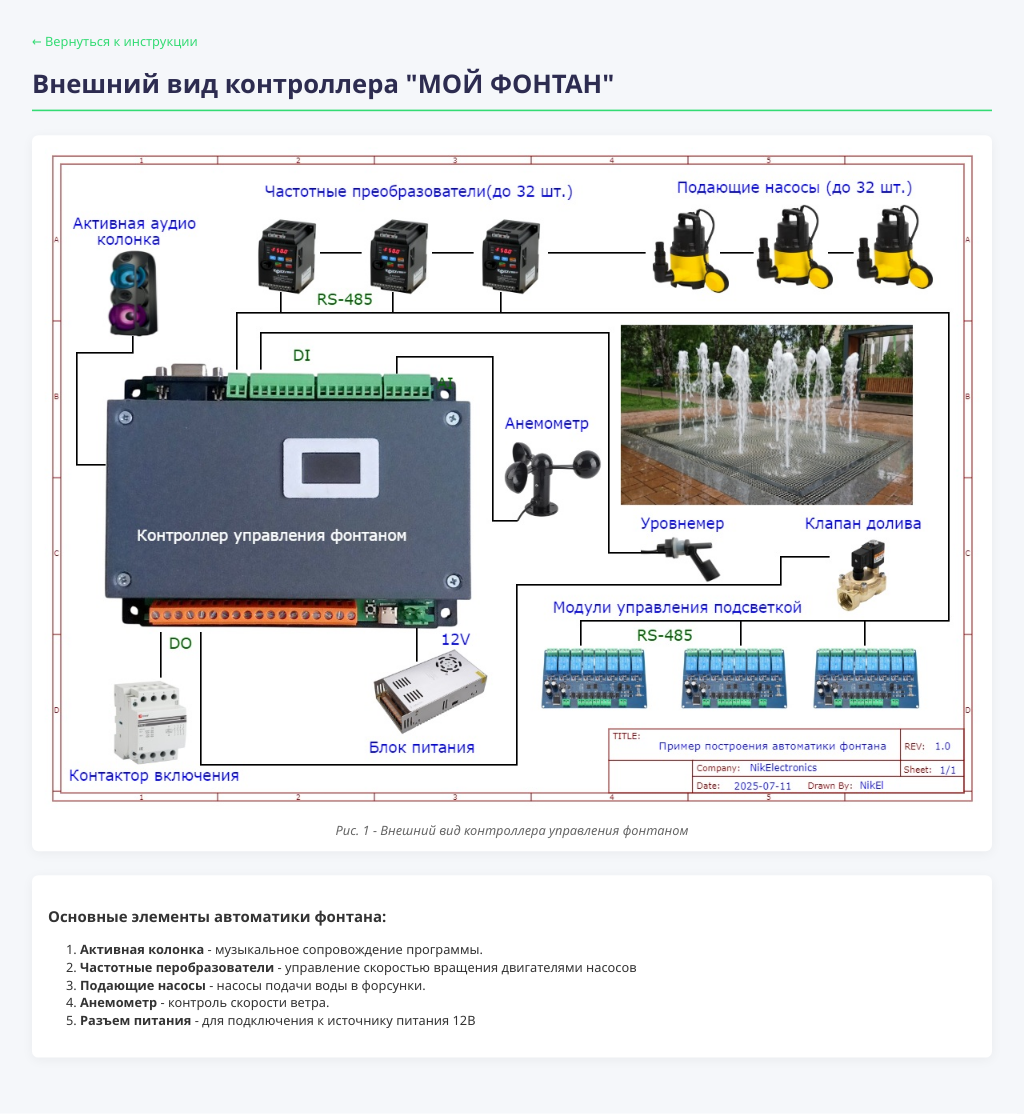
Repository: NikElectronics/fountain_manual
Page: controller.html
These files come from the project's save history. The page is drawn as it stood at one moment and after the next save; the edit follows.
The browser window is 1280 px wide. The pictures show the whole page, at 80% of full size.

Above is the page before, as saved 2025-07-14 04:18:34.

After the next save:
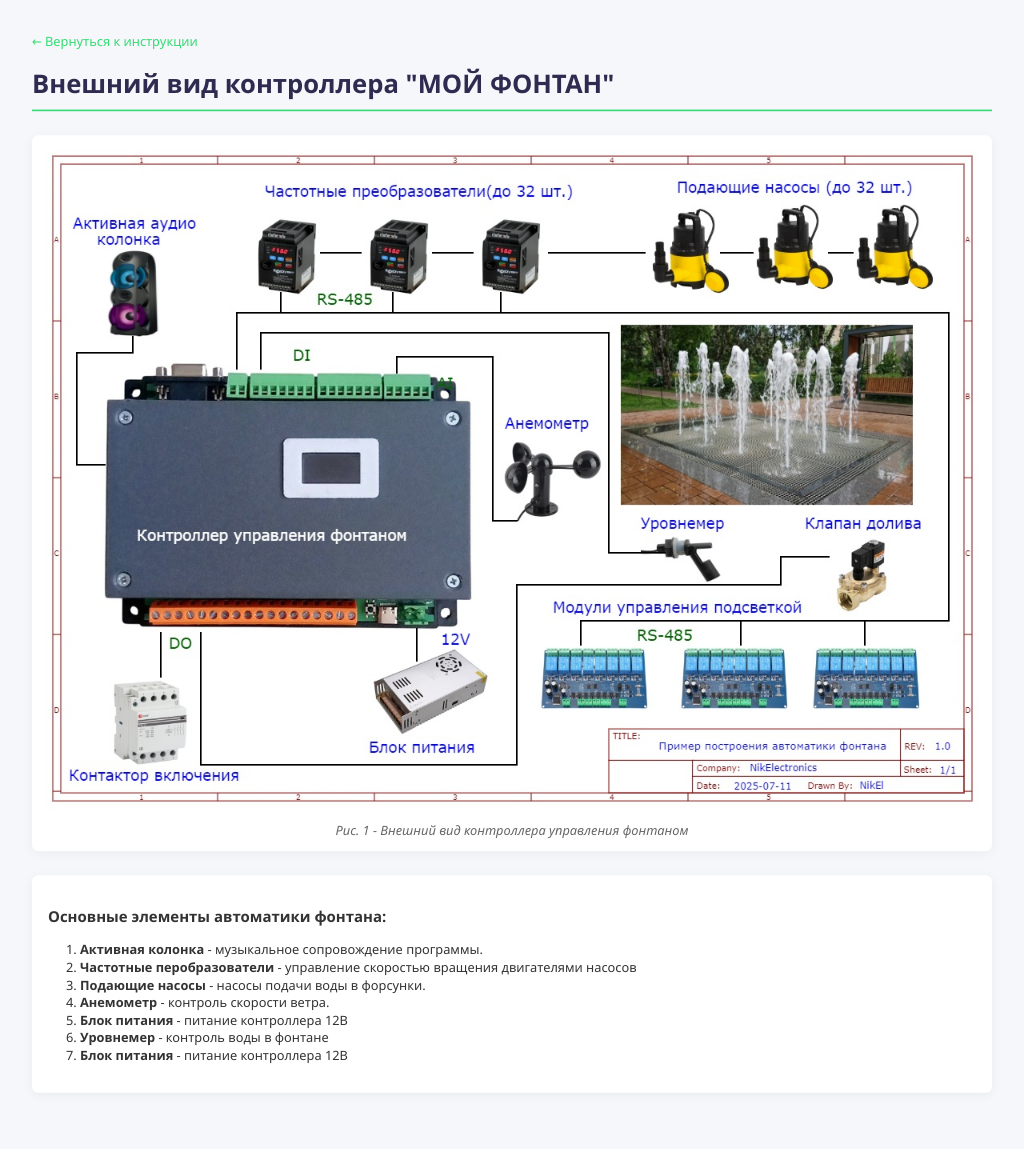
Saved 92 s later.
--- a/controller.html
+++ b/controller.html
@@ -95,7 +95,9 @@
                 <li><strong>Частотные перобразователи</strong> - управление скоростью вращения двигателями насосов</li>
                 <li><strong>Подающие насосы</strong> - насосы подачи воды в форсунки.</li>
                 <li><strong>Анемометр</strong> - контроль скорости ветра.</li>
-                <li><strong>Разъем питания</strong> - для подключения к источнику питания 12В</li>
+                <li><strong>Блок питания</strong> - питание контроллера 12В</li>
+                <li><strong>Уровнемер</strong> - контроль воды в фонтане</li>
+                <li><strong>Блок питания</strong> - питание контроллера 12В</li>
             </ol>
         </div>
     </div>
